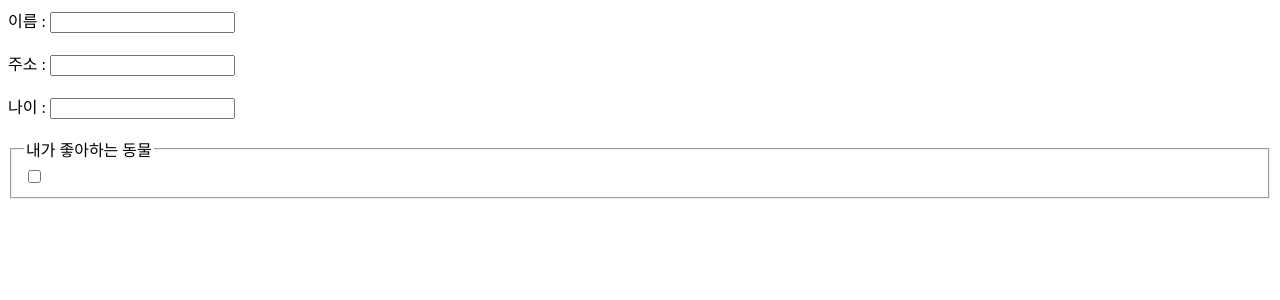
Repository: HyoJun-A/jsp
Page: practice01/WebContent/input.html
An editor plug-in stored every save of this project. The page is shown before and after the next save, followed by the edit.
The browser window is 1280 px wide. The pictures show the whole page.

Above is the page before, as saved 2022-10-17 07:03:01.

After the next save:
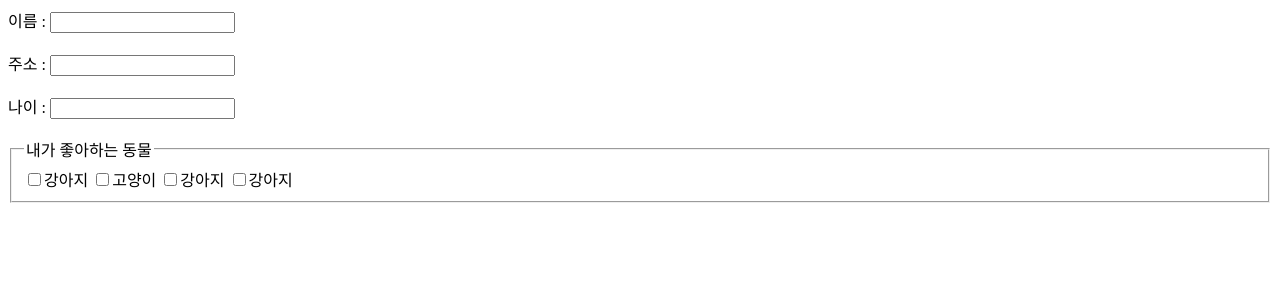
Saved 21 s later.
--- a/practice01/WebContent/input.html
+++ b/practice01/WebContent/input.html
@@ -11,7 +11,10 @@
 	나이 : <input type="number" name="age"><br><br>
 	<fieldset>
 		<legend>내가 좋아하는 동물</legend>
-		<input type="checkbox" name="pet" value="">
+		<input type="checkbox" name="pet" value="dog" />강아지
+		<input type="checkbox" name="pet" value="dog" />고양이
+		<input type="checkbox" name="pet" value="dog" />강아지
+		<input type="checkbox" name="pet" value="dog" />강아지
 	</fieldset>
 </form>
 </body>
